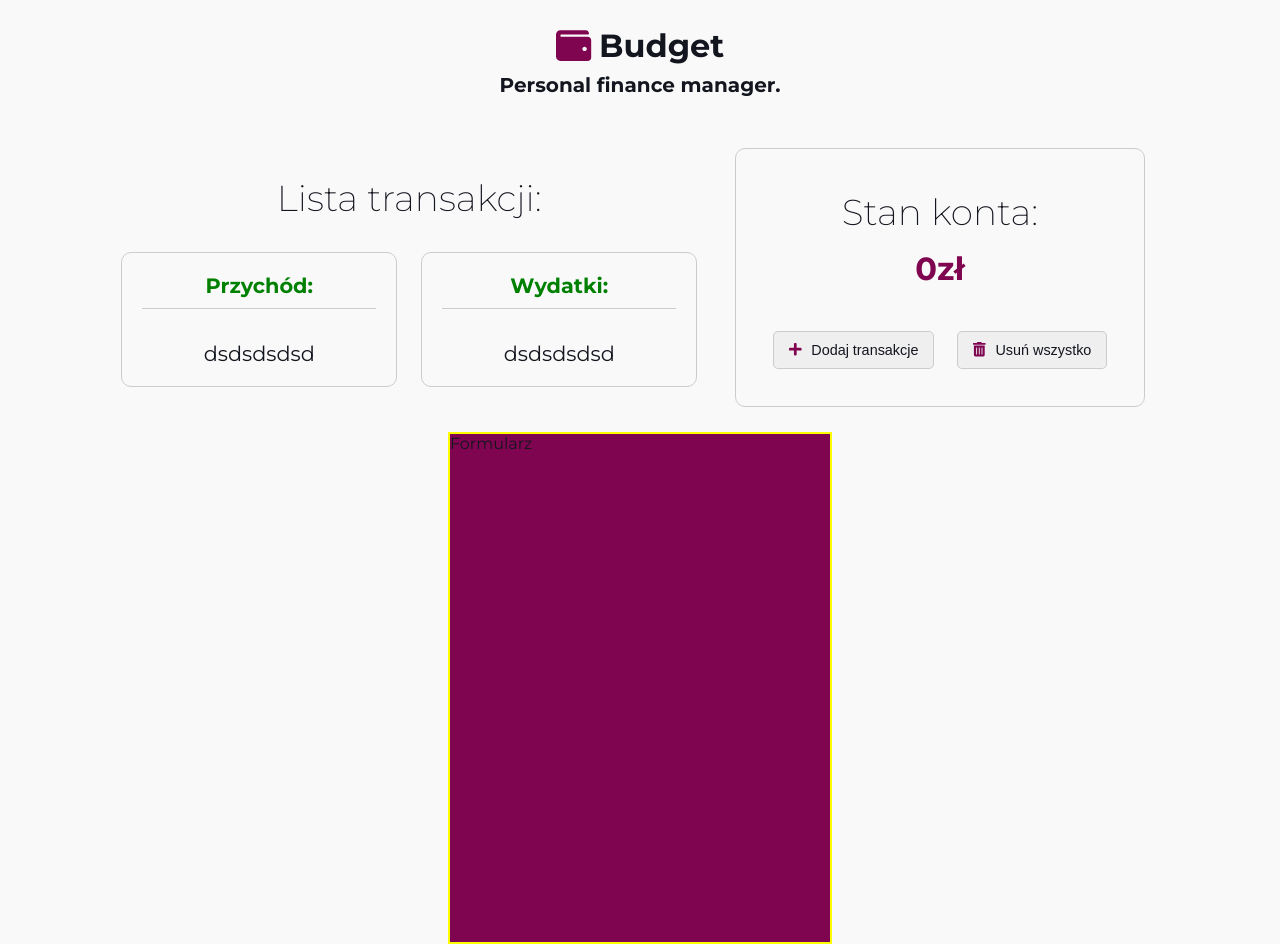
Repository: KrzysKolo/sr_tydzien4_zad4
Page: /
These files come from the project's save history. The page is drawn as it stood at one moment and after the next save; the edit follows.
The browser window is 1280 px wide. The pictures show the whole page.
Some web libraries are served in a nearby version. The project was rebuilt for these pictures with package versions that can differ from the ones it lists, and the page was loaded fresh each time.

Above is the page before, as saved 2020-11-30 09:56:35.

After the next save:
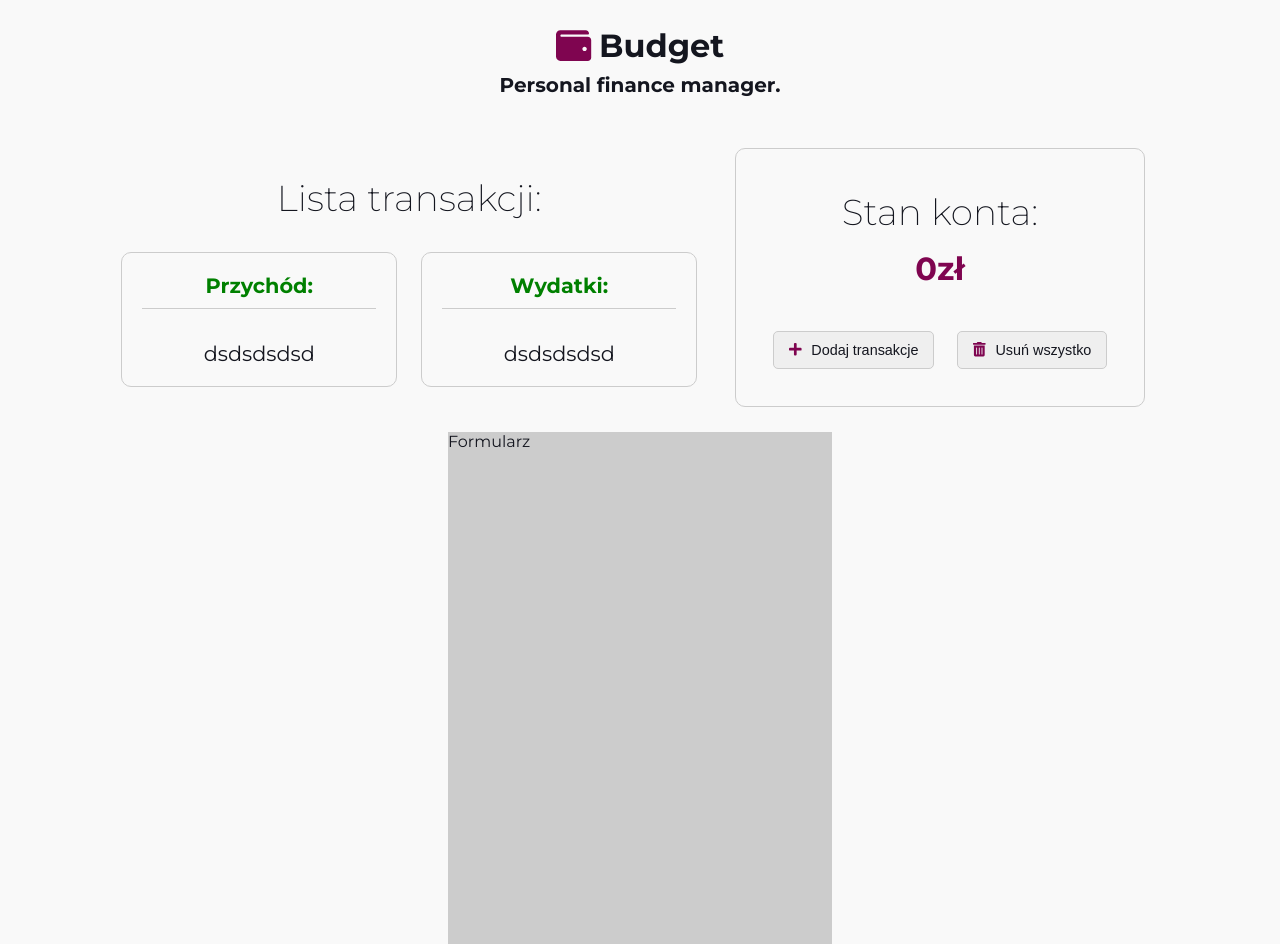
Saved 58 s later.
--- a/src/components/budgetComponents/Form.js
+++ b/src/components/budgetComponents/Form.js
@@ -2,8 +2,9 @@ import React from 'react';
 import styled, { createGlobalStyle }from 'styled-components';
 
 const FormWrapper = styled.form`
-    background-color: rgb(127, 5, 80);
-    border: 2px double yellow;
+    background-color: #ccc;
+    color: rgb(127, 5, 80)
+    border: 2px double rgb(127, 5, 80);
     width: 30vw;
     height: 40vw;
     margin: 0 auto;
